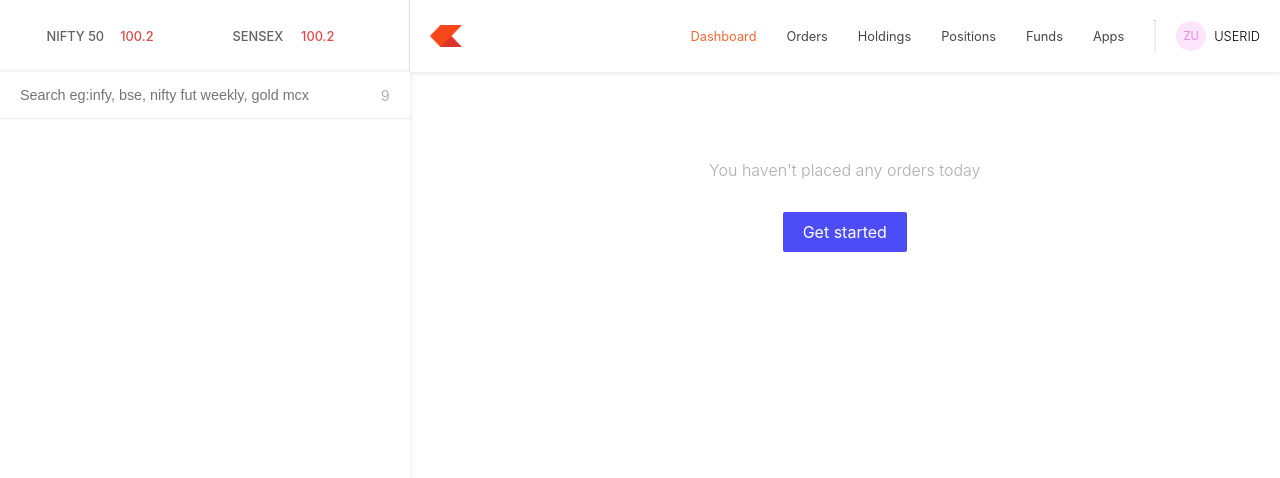
Repository: rushikesh-kolpe21/zerodha_4
Page: /orders (app in dashboard/)
The author's editor kept a copy of each file at every save. The page is drawn from the files as they stood at one save, then again after the next save.
The browser window is 1280 px wide. The pictures show the whole page.
An inner scrolling area shows only its first screen. The project was rebuilt for these pictures with package versions that can differ from the ones it lists, and the page was loaded fresh each time. Also part of the build but not shown: dashboard/vite.config.js, dashboard/src/components/Apps.jsx, dashboard/src/components/Funds.jsx, dashboard/src/components/Holdings.jsx, dashboard/src/components/Positions.jsx, dashboard/src/components/Summary.jsx.

Above is the page before, as saved 2025-03-25 09:30:30.

### dashboard/src/App.jsx

import React from "react";
// import ReactDOM from "react-dom/client";
import { BrowserRouter, Route, Routes } from "react-router-dom";
// import "./index.css";
import Home from "./components/Home";

function App() {
  return (
    <>
      <BrowserRouter>
        <Routes>
          <Route path="/*" element={<Home />} />
        </Routes>
      </BrowserRouter>
    </>
  );
}

export default App;

### dashboard/src/components/Home.jsx
import React from 'react'
import TopBar from './TopBar'
import Dashboard from './Dashboard'

function Home() {
  return (
  <>
  <TopBar/>
  <Dashboard/>
  </>
  )
}

export default Home

### dashboard/src/components/Dashboard.jsx
import React from "react";
import { Route, Routes } from "react-router-dom";

import Apps from "./Apps";
import Funds from "./Funds";
import Holdings from "./Holdings";

import Orders from "./Orders";
import Positions from "./Positions";
import Summary from "./Summary";
import WatchList from "./WatchList";
// import { GeneralContextProvider } from "./GeneralContext";

const Dashboard = () => {
  return (
    <div className="dashboard-container">
        <WatchList />

      <div className="content">
        <Routes>
          <Route exact path="/" element={<Summary />} />
          <Route path="/orders" element={<Orders />} />
          <Route path="/holdings" element={<Holdings />} />
          <Route path="/positions" element={<Positions />} />
          <Route path="/funds" element={<Funds />} />
          <Route path="/apps" element={<Apps />} />
        </Routes>
      </div>
    </div>
  );
};

export default Dashboard;

### dashboard/src/components/Menu.jsx
import React, { useState } from "react";
import { Link } from "react-router";

const Menu = () => {
  const [selectedMenu, setSelectedMenu] = useState(0);
  const [isProfileDropdownOpen, setIsProfileDropdownOpen] = useState(false);

  const handleMenuClick = (index) => {
    setSelectedMenu(index);
  };

  const handleProfileClick = () => {
    setIsProfileDropdownOpen(!isProfileDropdownOpen);
  };

  const menuClass = "menu";
  const activeMenuClass = "menu selected";

  return (
    <div className="menu-container">
      <img src="logo.png" style={{ width: "32px" }} />
      <div className="menus">
        <ul>
          <li>
            <Link
              style={{ textDecoration: "none" }}
              to="/"
              onClick={() => handleMenuClick(0)}
            >
              <p className={selectedMenu === 0 ? activeMenuClass : menuClass}>
                Dashboard
              </p>
            </Link>
          </li>
          <li>
            <Link
              style={{ textDecoration: "none" }}
              to="/orders"
              onClick={() => handleMenuClick(1)}
            >
              <p className={selectedMenu === 1 ? activeMenuClass : menuClass}>
                Orders
              </p>
            </Link>
          </li>
          <li>
            <Link
              style={{ textDecoration: "none" }}
              to="/holdings"
              onClick={() => handleMenuClick(2)}
            >
              <p className={selectedMenu === 2 ? activeMenuClass : menuClass}>
                Holdings
              </p>
            </Link>
          </li>
          <li>
            <Link
              style={{ textDecoration: "none" }}
              to="/positions"
              onClick={() => handleMenuClick(3)}
            >
              <p className={selectedMenu === 3 ? activeMenuClass : menuClass}>
                Positions
              </p>
            </Link>
          </li>
          <li>
            <Link
              style={{ textDecoration: "none" }}
              to="/funds"
              onClick={() => handleMenuClick(4)}
            >
              <p className={selectedMenu === 4 ? activeMenuClass : menuClass}>
                Funds
              </p>
            </Link>
          </li>
          <li>
            <Link
              style={{ textDecoration: "none" }}
              to="/apps"
              onClick={() => handleMenuClick(5)}
            >
              <p className={selectedMenu === 5 ? activeMenuClass : menuClass}>
                Apps
              </p>
            </Link>
          </li>
        </ul>
        <hr />
        <div className="profile" onClick={handleProfileClick}>
          <div className="avatar">ZU</div>
          <p className="username">USERID</p>
        </div>
      </div>
    </div>
  );
};

export default Menu;

### dashboard/src/components/WatchList.jsx
import React from "react";

import {Tooltip, Grow} from "@material-ui/core";
import {watchlist} from '../data/data';

const WatchList = () => {
  return (
    <div className="watchlist-container">
      <div className="search-container">
        <input
          type="text"
          name="search"
          id="search"
          placeholder="Search eg:infy, bse, nifty fut weekly, gold mcx"
          className="search"
        />
        <span className="counts">{watchlist.length}</span>
      </div>

      <ul className="list">
        {watchlist.map((stock, index) =>{
          <p>{stock.name}</p>
        })}
      </ul>
    </div>
  );
};

export default WatchList;

### dashboard/src/data/data.js
export const watchlist = [
    {
      name: "INFY",
      price: 1555.45,
      percent: "-1.60%",
      isDown: true,
    },
    {
      name: "ONGC",
      price: 116.8,
      percent: "-0.09%",
      isDown: true,
    },
    {
      name: "TCS",
      price: 3194.8,
      percent: "-0.25%",
      isDown: true,
    },
    {
      name: "KPITTECH",
      price: 266.45,
      percent: "3.54%",
      isDown: false,
    },
    {
      name: "QUICKHEAL",
      price: 308.55,
      percent: "-0.15%",
      isDown: true,
    },
    {
      name: "WIPRO",
      price: 577.75,
      percent: "0.32%",
      isDown: false,
    },
    {
      name: "M&M",
      price: 779.8,
      percent: "-0.01%",
      isDown: true,
    },
    {
      name: "RELIANCE",
      price: 2112.4,
      percent: "1.44%",
      isDown: false,
    },
    {
      name: "HUL",
      price: 512.4,
      percent: "1.04%",
      isDown: false,
    },
  ];

  // holdings
  export const holdings = [
    {
      name: "BHARTIARTL",
      qty: 2,
      avg: 538.05,
      price: 541.15,
      net: "+0.58%",
      day: "+2.99%",
    },
    {
      name: "HDFCBANK",
      qty: 2,
      avg: 1383.4,
      price: 1522.35,
      net: "+10.04%",
      day: "+0.11%",
    },
    {
      name: "HINDUNILVR",
      qty: 1,
      avg: 2335.85,
      price: 2417.4,
      net: "+3.49%",
      day: "+0.21%",
    },
    {
      name: "INFY",
      qty: 1,
      avg: 1350.5,
      price: 1555.45,
      net: "+15.18%",
      day: "-1.60%",
      isLoss: true,
    },
    {
      name: "ITC",
      qty: 5,
      avg: 202.0,
      price: 207.9,
      net: "+2.92%",
      day: "+0.80%",
    },
    {
      name: "KPITTECH",
      qty: 5,
      avg: 250.3,
      price: 266.45,
      net: "+6.45%",
      day: "+3.54%",
    },
    {
      name: "M&M",
      qty: 2,
      avg: 809.9,
      price: 779.8,
      net: "-3.72%",
      day: "-0.01%",
      isLoss: true,
    },
    {
      name: "RELIANCE",
      qty: 1,
      avg: 2193.7,
      price: 2112.4,
      net: "-3.71%",
      day: "+1.44%",
    },
    {
      name: "SBIN",
      qty: 4,
      avg: 324.35,
      price: 430.2,
      net: "+32.63%",
      day: "-0.34%",
      isLoss: true,
    },
    {
      name: "SGBMAY29",
      qty: 2,
      avg: 4727.0,
      price: 4719.0,
      net: "-0.17%",
      day: "+0.15%",
    },
    {
      name: "TATAPOWER",
      qty: 5,
      avg: 104.2,
      price: 124.15,
      net: "+19.15%",
      day: "-0.24%",
      isLoss: true,
    },
    {
      name: "TCS",
      qty: 1,
      avg: 3041.7,
      price: 3194.8,
      net: "+5.03%",
      day: "-0.25%",
      isLoss: true,
    },
    {
      name: "WIPRO",
      qty: 4,
      avg: 489.3,
      price: 577.75,
      net: "+18.08%",
      day: "+0.32%",
    },
  ];

  // positions
  export const positions = [
    {
      product: "CNC",
      name: "EVEREADY",
      qty: 2,
      avg: 316.27,
      price: 312.35,
      net: "+0.58%",
      day: "-1.24%",
      isLoss: true,
    },
    {
      product: "CNC",
      name: "JUBLFOOD",
      qty: 1,
      avg: 3124.75,
      price: 3082.65,
      net: "+10.04%",
      day: "-1.35%",
      isLoss: true,
    },
  ];

Loaded but not shown: dashboard/index.html (common file); dashboard/src/main.jsx (common file); dashboard/src/index.css (common file); dashboard/src/components/TopBar.jsx (common file); dashboard/src/components/Orders.jsx (common file)

After the next save:
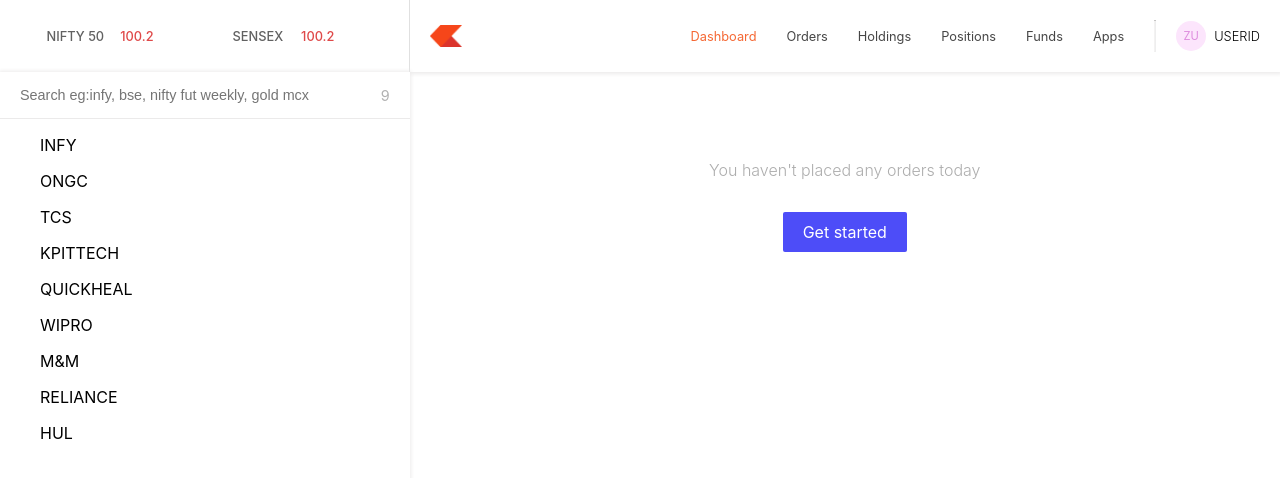
Saved 13 s later.
--- a/dashboard/src/components/WatchList.jsx
+++ b/dashboard/src/components/WatchList.jsx
@@ -19,7 +19,9 @@
 
       <ul className="list">
         {watchlist.map((stock, index) =>{
-          <p>{stock.name}</p>
+          return(
+            <p>{stock.name}</p>
+          )
         })}
       </ul>
     </div>

After the 3 saves that followed:
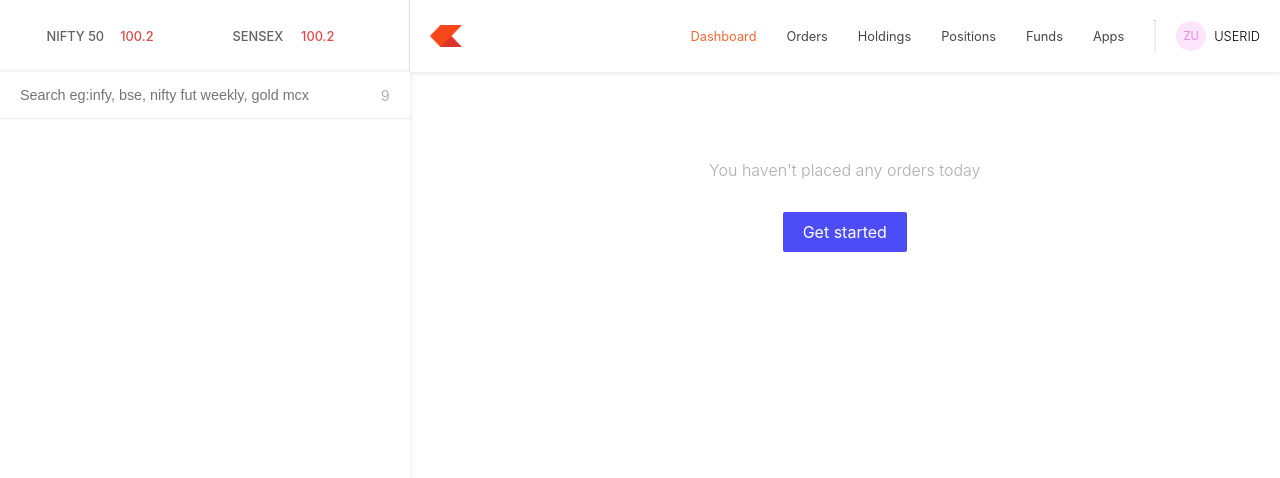
The 3 saves are shown as one change because 2 left the picture as it was.
The last was saved 3 min 28 s later.
--- a/dashboard/src/components/WatchList.jsx
+++ b/dashboard/src/components/WatchList.jsx
@@ -19,9 +19,7 @@
 
       <ul className="list">
         {watchlist.map((stock, index) =>{
-          return(
-            <p>{stock.name}</p>
-          )
+          <WatchList/>
         })}
       </ul>
     </div>
